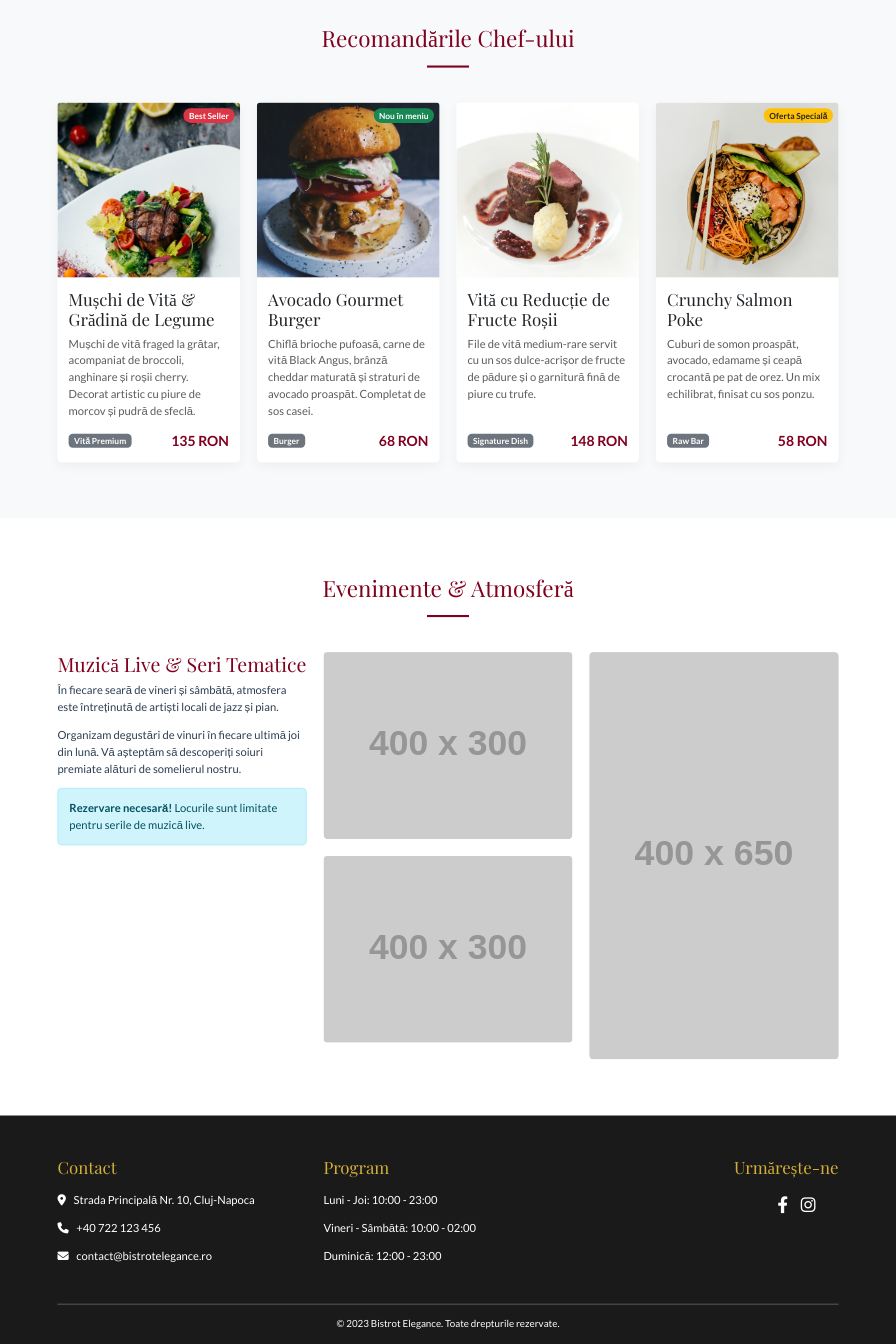
Repository: 912-Comsa-Teodora/bistrot-restaurant
Page: restaurant/index.html
These files come from the project's save history. The page is drawn as it stood at one moment and after the next save; the edit follows.
The browser window is 1280 px wide. The pictures show the part of the page from y = 1182 to 3102 px (the page is 3102 px tall before and 3099 px after), at 70% of full size.
A picture or video elsewhere on the page could not be fetched, so the positions and the page height are approximate.

Above is the page before, as saved 2026-01-17 13:52:07.

### restaurant/index.html
<!DOCTYPE html>
<html lang="ro">
<head>
    <meta charset="UTF-8">
    <meta name="viewport" content="width=device-width, initial-scale=1.0">
    <meta name="description" content="Cel mai bun restaurant și bar din oraș. Atmosferă unică, meniu select.">
    <meta name="author" content="Numele Tau">

    <title>Bistrot Elegance - Restaurant & Bar</title>

    <link href="https://cdn.jsdelivr.net/npm/bootstrap@5.3.0/dist/css/bootstrap.min.css" rel="stylesheet">

    <link rel="stylesheet" href="https://cdnjs.cloudflare.com/ajax/libs/font-awesome/6.4.0/css/all.min.css">

    <link href="https://fonts.googleapis.com/css2?family=Playfair+Display:wght@400;700&family=Lato:wght@300;400;700&display=swap" rel="stylesheet">

    <style>
        :root {
            --primary-color: #800020; /* Visiniu elegant stil Toulouse */
            --gold-color: #d4af37;
            --text-dark: #2c3e50;
        }

        body {
            font-family: 'Lato', sans-serif;
            color: var(--text-dark);
            padding-top: 65px; /* Pentru a nu ascunde continutul sub meniul fix */
        }

        h1, h2, h3, h4, h5 {
            font-family: 'Playfair Display', serif;
            color: var(--primary-color);
        }

        /* Navigatie */
        .navbar {
            background-color: #fff;
            box-shadow: 0 2px 10px rgba(0,0,0,0.1);
        }

        .navbar-brand img {
            max-height: 40px;
        }

        .nav-link {
            color: var(--text-dark);
            font-weight: 700;
            text-transform: uppercase;
            font-size: 0.9rem;
        }

        .nav-link:hover {
            color: var(--primary-color);
        }

        /* Carousel Custom */
        #heroCarousel .carousel-item img {
            height: 80vh; /* Inaltimea caruselului */
            object-fit: cover;
            filter: brightness(0.5); /* Intunecam putin imaginile pentru contrast text */
        }

        .carousel-caption {
            top: 50%;
            transform: translateY(-50%);
            bottom: auto;
            width: 70%;
            left: 15%;
        }

        .carousel-caption p {
            margin-top: 0;
            margin-bottom: 1.5rem;
            font-size: 1.2rem;
            font-weight: 300;
        }

        .carousel-caption h2 {
            font-size: 4rem;
            color: #fff;
            text-shadow: 2px 2px 4px rgba(0,0,0,0.6);
        }

        /* Sectiuni Generale */
        section {
            padding: 80px 0;
        }

        .bg-light-custom {
            background-color: #f8f9fa;
        }

        .section-title {
            text-align: center;
            margin-bottom: 50px;
            position: relative;
        }

        .section-title::after {
            content: '';
            display: block;
            width: 60px;
            height: 3px;
            background-color: var(--primary-color);
            margin: 20px auto;
        }

        /* Carduri Meniu */
        .card {
            border: none;
            transition: transform 0.3s;
            box-shadow: 0 5px 15px rgba(0,0,0,0.05);
        }

        .card:hover {
            transform: translateY(-5px);
        }

        .card-img-top {
            height: 250px;
            width: 100%;
            object-fit: cover;
            object-position: center;
        }

        .price-tag {
            font-size: 1.25rem;
            font-weight: bold;
            color: var(--primary-color);
        }

        /* Footer */
        footer {
            background-color: #1a1a1a;
            color: #fff;
            padding: 60px 0 20px;
        }

        footer h4 {
            color: var(--gold-color);
            margin-bottom: 20px;
        }

        .social-icons a {
            color: #fff;
            font-size: 1.5rem;
            margin-right: 15px;
            transition: color 0.3s;
        }

        .social-icons a:hover {
            color: var(--gold-color);
        }
    </style>
</head>
<body>

    <header id="home">
        <nav class="navbar navbar-expand-lg navbar-light fixed-top">
            <div class="container">
                <a class="navbar-brand" href="index.html">
                    <img src="./pictures/Bistrot-Elegance-Logo.png" alt="Logo Bistrot Elegance">
                </a>

                <button class="navbar-toggler" type="button" data-bs-toggle="collapse" data-bs-target="#navbarContent" aria-controls="navbarContent" aria-expanded="false" aria-label="Toggle navigation">
                    <span class="navbar-toggler-icon"></span>
                </button>

                <div class="collapse navbar-collapse" id="navbarContent">
                    <ul class="navbar-nav ms-auto mb-2 mb-lg-0">
                        <li class="nav-item">
                            <a class="nav-link" href="#home">Acasă</a>
                        </li>
                        <li class="nav-item">
                            <a class="nav-link" href="#meniu">Meniu</a>
                        </li>
                        <li class="nav-item">
                            <a class="nav-link" href="#despre">Despre Noi</a>
                        </li>
                        <li class="nav-item">
                            <a class="nav-link" href="#specialitati">Specialități</a>
                        </li>
                        <li class="nav-item">
                            <a class="nav-link" href="#evenimente">Evenimente</a>
                        </li>
                        <li class="nav-item">
                            <a class="nav-link" href="#contact">Contact</a>
                        </li>
                    </ul>
                </div>
            </div>
        </nav>
    </header>

        <div id="heroCarousel" class="carousel slide" data-bs-ride="carousel">
            <div class="carousel-inner">
                <div class="carousel-item active" data-bs-interval="3000">
                    <img src="pictures/restaurant-imagine-principala.jpg" class="d-block w-100" alt="Interior restaurant seara cu lumini ambientale">
                    <div class="carousel-caption d-none d-md-block">
                        <p>Bine ați venit la</p>
                        <h2>Bistrot Elegance</h2>
                        <p>O experiență culinară de neuitat în inima orașului</p>
                    </div>
                </div>

                <div class="carousel-item" data-bs-interval="3000">
                    <img src="pictures/cover-bauturi.jpg" class="d-block w-100" alt="Barman preparând cocktailuri signature">
                    <div class="carousel-caption d-none d-md-block">
                        <h2>Cocktailuri Signature</h2>
                        <p>Mixologie rafinată pentru seri perfecte</p>
                    </div>
                </div>

                <div class="carousel-item" data-bs-interval="3000">
                    <img src="pictures/cover-mancare.jpg" class="d-block w-100" alt="Barman preparând cocktailuri signature">
                    <div class="carousel-caption d-none d-md-block">
                        <h2>Gusturi Autentice</h2>
                        <p>Preparate create cu pasiune din ingrediente locale</p>
                    </div>
                </div>

                <div class="carousel-item" data-bs-interval="3000">
                    <img src="pictures/cover-desert.jpg" class="d-block w-100" alt="Deserturi facute in casa">
                    <div class="carousel-caption d-none d-md-block">
                        <h2>Deserturi Artizanale</h2>
                        <p>Finalul dulce perfect pentru orice masă</p>
                    </div>
                </div>
            </div>
        </div>

    <section id="despre">
        <div class="container">
            <div class="row align-items-center">
                <div class="col-lg-6 mb-4 mb-lg-0">
                    <h2 class="mb-4">Povestea Noastră</h2>
                    <h3 class="text-muted mb-3">Tradiție și modernism din 2010</h3>
                    <p>
                        Situat într-o clădire istorică, <strong>Bistrot Elegance</strong> îmbină arhitectura clasică cu un design interior modern și vibrant. Ne mândrim cu o atmosferă care invită la relaxare și conversație, fiind locul ideal atât pentru întâlniri de afaceri, cât și pentru cine romantice.
                    </p>
                    <p>
                        Filozofia noastră culinară se bazează pe ingrediente locale, proaspete, reinterpretate într-o manieră internațională. Echipa noastră de bucătari pasionați lucrează zilnic pentru a oferi preparate care surprind prin gust și prezentare.
                    </p>
                </div>
                <div class="col-lg-6">
                    <img src="pictures/interior-restaurant.jpg" class="img-fluid rounded shadow" alt="Fotografie cu interiorul restaurantului la ora pranzului">
                </div>
            </div>
        </div>
    </section>

    <section id="specialitati" class="bg-light-custom">
        <div class="container">
            <h2 class="section-title">Recomandările Chef-ului</h2>
            <div class="row g-4">

                <div class="col-md-6 col-lg-3">
                    <div class="card h-100">
                        <span class="position-absolute top-0 end-0 badge rounded-pill bg-danger m-2">
                            Best Seller
                        </span>
                        <img src="pictures/muschi-de-vita-cu-legume.jpg" class="card-img-top" alt="Friptura de vita pe gratar">
                        <div class="card-body d-flex flex-column">
                            <h4 class="card-title">Mușchi de Vită & Grădină de Legume</h4>
                            <p class="card-text text-muted">Mușchi de vită fraged la grătar, acompaniat de broccoli, anghinare și roșii cherry. Decorat artistic cu piure de morcov și pudră de sfeclă.</p>
                            <div class="mt-auto d-flex justify-content-between align-items-center">
                                <span class="badge bg-secondary">Vită Premium</span>
                                <span class="price-tag">135 RON</span>
                            </div>
                        </div>
                    </div>
                </div>

                <div class="col-md-6 col-lg-3">
                    <div class="card h-100">
                         <span class="position-absolute top-0 end-0 badge rounded-pill bg-success m-2">
                            Nou în meniu
                        </span>
                        <img src="pictures/avocado-gourmet-burger.jpg" class="card-img-top" alt="Burger Gourmet">
                        <div class="card-body d-flex flex-column">
                            <h4 class="card-title">Avocado Gourmet Burger</h4>
                            <p class="card-text text-muted">Chiflă brioche pufoasă, carne de vită Black Angus, brânză cheddar maturată și straturi de avocado proaspăt. Completat de sos casei.</p>
                            <div class="mt-auto d-flex justify-content-between align-items-center">
                                <span class="badge bg-secondary">Burger</span>
                                <span class="price-tag">68 RON</span>
                            </div>
                        </div>
                    </div>
                </div>

                <div class="col-md-6 col-lg-3">
                    <div class="card h-100">
                        <img src="pictures/vita-cu-fructe-rosii.jpg" class="card-img-top" alt="Vita fructe rosii">
                        <div class="card-body d-flex flex-column">
                            <h4 class="card-title">Vită cu Reducție de Fructe Roșii</h4>
                            <p class="card-text text-muted">File de vită medium-rare servit cu un sos dulce-acrișor de fructe de pădure și o garnitură fină de piure cu trufe.</p>
                            <div class="mt-auto d-flex justify-content-between align-items-center">
                                <span class="badge bg-secondary">Signature Dish</span>
                                <span class="price-tag">148 RON</span>
                            </div>
                        </div>
                    </div>
                </div>

                <div class="col-md-6 col-lg-3">
                    <div class="card h-100">
                        <span class="position-absolute top-0 end-0 badge rounded-pill bg-warning text-dark m-2">
                            Oferta Specială
                        </span>
                        <img src="pictures/salmon-poke.jpg" class="card-img-top" alt="Poke Bowl">
                        <div class="card-body d-flex flex-column">
                            <h4 class="card-title">Crunchy Salmon Poke</h4>
                            <p class="card-text text-muted">Cuburi de somon proaspăt, avocado, edamame și ceapă crocantă pe pat de orez. Un mix echilibrat, finisat cu sos ponzu.</p>
                            <div class="mt-auto d-flex justify-content-between align-items-center">
                                <span class="badge bg-secondary">Raw Bar</span>
                                <span class="price-tag">58 RON</span>
                            </div>
                        </div>
                    </div>
                </div>

            </div>
        </div>
    </section>

    <section id="evenimente">
        <div class="container">
            <h2 class="section-title">Evenimente & Atmosferă</h2>
            <div class="row">
                <div class="col-lg-4 mb-4">
                    <h3>Muzică Live & Seri Tematice</h3>
                    <p>În fiecare seară de vineri și sâmbătă, atmosfera este întreținută de artiști locali de jazz și pian.</p>
                    <p>Organizam degustări de vinuri în fiecare ultimă joi din lună. Vă așteptăm să descoperiți soiuri premiate alături de somelierul nostru.</p>
                    <div class="alert alert-info mt-3" role="alert">
                        <strong>Rezervare necesară!</strong> Locurile sunt limitate pentru serile de muzică live.
                    </div>
                </div>

                <div class="col-lg-4 col-md-6 mb-4">
                    <img src="https://placehold.co/400x300/333/fff?text=Concert+Jazz" class="img-fluid rounded mb-4 w-100" alt="Formatie de jazz cantand live">
                    <img src="https://placehold.co/400x300/555/fff?text=Degustare+Vin" class="img-fluid rounded w-100" alt="Pahare de vin pe masa">
                </div>

                <div class="col-lg-4 col-md-6">
                    <img src="https://placehold.co/400x650/800020/fff?text=Petrecere+Privata" class="img-fluid rounded h-100 w-100" style="object-fit: cover;" alt="Grup de oameni la o masa festiva">
                </div>
            </div>
        </div>
    </section>

    <footer id="contact">
        <div class="container">
            <div class="row">
                <div class="col-md-4 mb-4">
                    <h4>Contact</h4>
                    <p><i class="fas fa-map-marker-alt me-2"></i> Strada Principală Nr. 10, Cluj-Napoca</p>
                    <p><i class="fas fa-phone me-2"></i> +40 722 123 456</p>
                    <p><i class="fas fa-envelope me-2"></i> contact@bistrotelegance.ro</p>
                </div>

                <div class="col-md-4 mb-4">
                    <h4>Program</h4>
                    <p>Luni - Joi: 10:00 - 23:00</p>
                    <p>Vineri - Sâmbătă: 10:00 - 02:00</p>
                    <p>Duminică: 12:00 - 23:00</p>
                </div>

                <div class="col-md-4 mb-4 text-md-end text-start">
                    <h4>Urmărește-ne</h4>
                    <div class="social-icons">
                        <a href="#" aria-label="Facebook"><i class="fab fa-facebook-f"></i></a>
                        <a href="#" aria-label="Instagram"><i class="fab fa-instagram"></i></a>
                        <a href="#" aria-label="TripAdvisor"><i class="fab fa-tripadvisor"></i></a>
                    </div>
                </div>
            </div>

            <hr class="bg-light">

            <div class="row">
                <div class="col-12 text-center">
                    <p class="small mb-0">&copy; 2023 Bistrot Elegance. Toate drepturile rezervate.</p>
                </div>
            </div>
        </div>
    </footer>

    <script src="https://cdn.jsdelivr.net/npm/bootstrap@5.3.0/dist/js/bootstrap.bundle.min.js"></script>
</body>
</html>

After the next save:
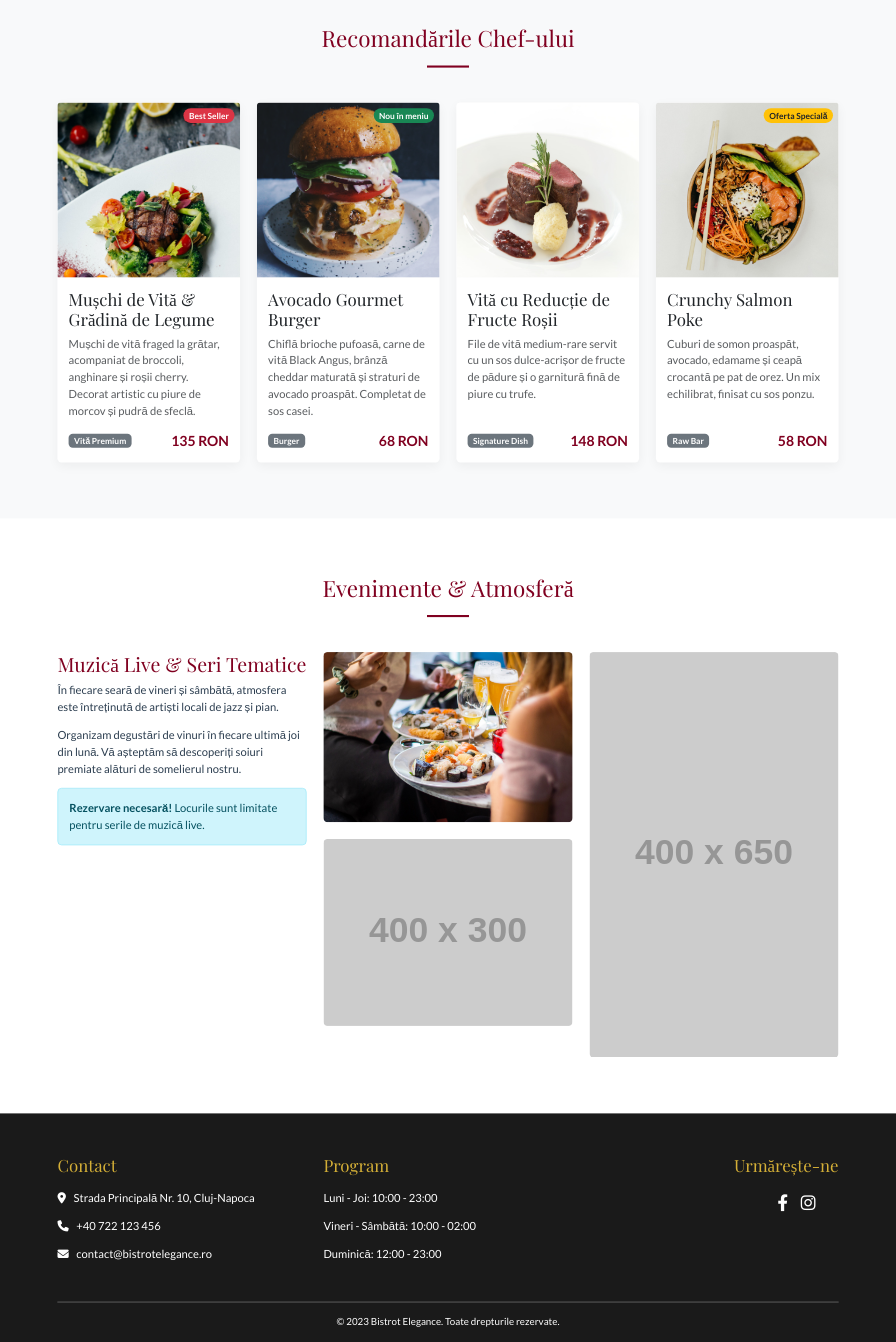
Saved 5 min 49 s later.
--- a/restaurant/index.html
+++ b/restaurant/index.html
@@ -337,7 +337,7 @@
                 </div>
 
                 <div class="col-lg-4 col-md-6 mb-4">
-                    <img src="https://placehold.co/400x300/333/fff?text=Concert+Jazz" class="img-fluid rounded mb-4 w-100" alt="Formatie de jazz cantand live">
+                    <img src="pictures/seara-tematica-sushi.jpg" class="img-fluid rounded mb-4 w-100" alt="Formatie de jazz cantand live">
                     <img src="https://placehold.co/400x300/555/fff?text=Degustare+Vin" class="img-fluid rounded w-100" alt="Pahare de vin pe masa">
                 </div>
 
